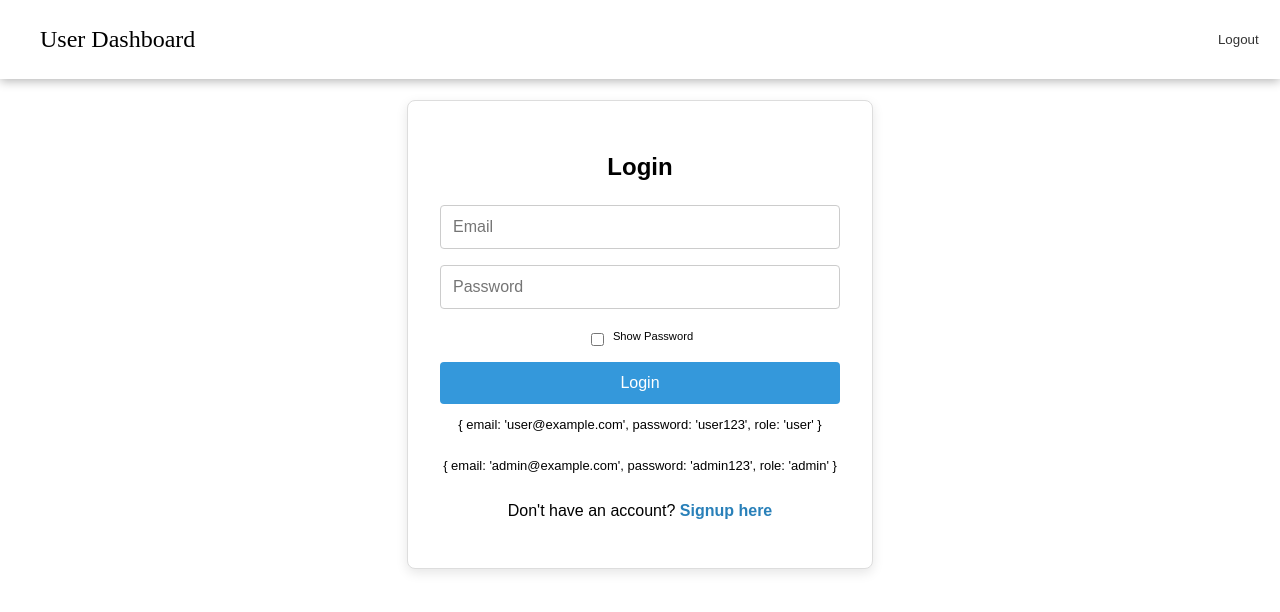
Repository: Edmund-Kiama/todoPHP
Page: / (app in task-manager-frontend/)
These files come from the project's save history. The page is drawn as it stood at one moment and after the next save; the edit follows.
The browser window is 1280 px wide. The pictures show the whole page.
The project was rebuilt for these pictures with package versions that can differ from the ones it lists, and the page was loaded fresh each time. Also part of the build but not shown: task-manager-frontend/vite.config.js, task-manager-frontend/src/components/Admin/admin.css, task-manager-frontend/src/components/Admin/AdminDashboard.vue, task-manager-frontend/src/components/User/user.css, task-manager-frontend/src/components/User/UserDashboard.vue, task-manager-frontend/src/components/Auth/signup.css, task-manager-frontend/src/components/Auth/Signup.vue.

Above is the page before, as saved 2025-07-12 23:18:48.

After the next save:
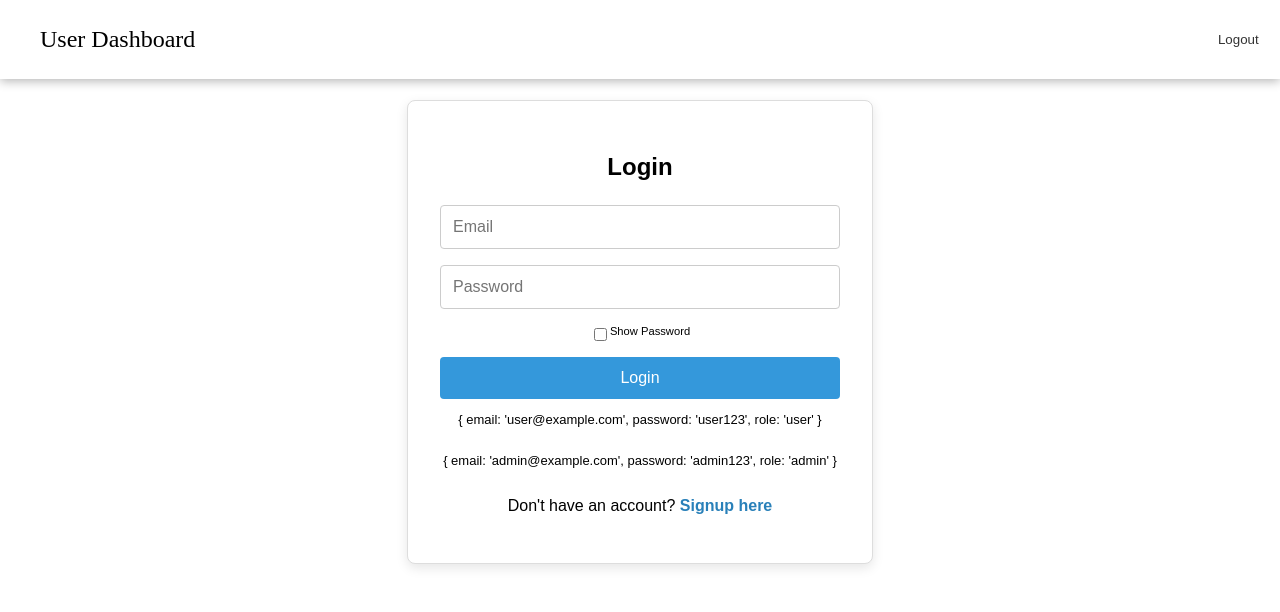
Saved 9 s later.
--- a/task-manager-frontend/src/components/Auth/login.css
+++ b/task-manager-frontend/src/components/Auth/login.css
@@ -44,8 +44,8 @@
 .login-container .show-toggle {
   display: flex;
   justify-content: center;
-  gap: 6px;
-  margin-top: 5px;
+  /* gap: 6px;
+  margin-top: 5px; */
   font-size: 0.7em;
 }
 .login-container .error {

After the save that followed:
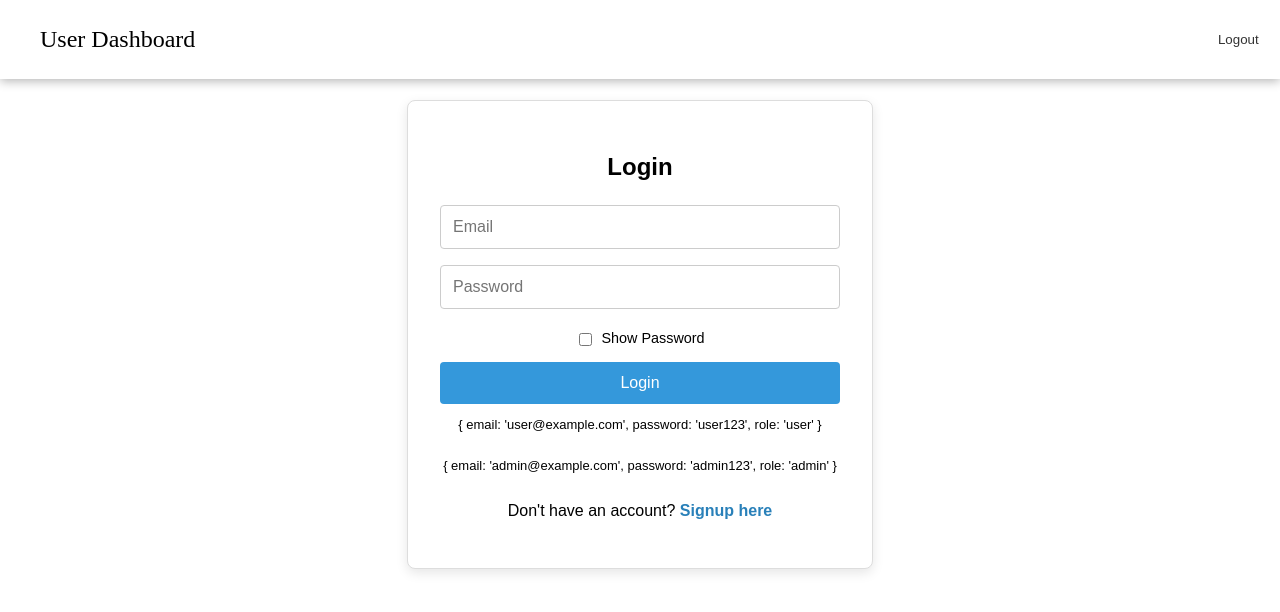
Saved 4 s later.
--- a/task-manager-frontend/src/components/Auth/login.css
+++ b/task-manager-frontend/src/components/Auth/login.css
@@ -44,9 +44,9 @@
 .login-container .show-toggle {
   display: flex;
   justify-content: center;
-  /* gap: 6px;
-  margin-top: 5px; */
-  font-size: 0.7em;
+  gap: 6px;
+  margin-top: 5px;
+  font-size: 0.9em;
 }
 .login-container .error {
   color: red;
